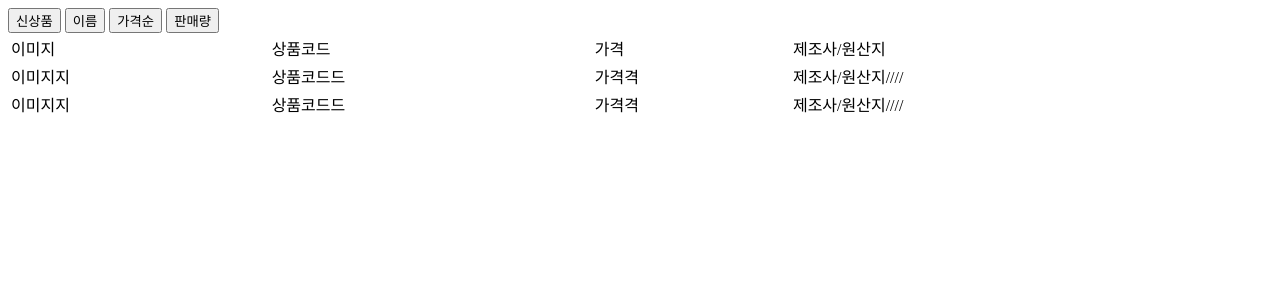
Repository: heeya90/ProjectShoppingMall
Page: http://localhost/ProjectShoppingMall/goods/goods_list.jsp
These files come from the project's save history. The page is drawn as it stood at one moment and after the next save; the edit follows.
The browser window is 1280 px wide. The pictures show the whole page.
The page is served by Tomcat 9.

Above is the page before, as saved 2012-07-30 08:01:19.

### ProjectShoppingMall/WebContent/goods/goods_list.jsp
<%@ page language="java" contentType="text/html; charset=EUC-KR"
    pageEncoding="EUC-KR"%>

	<div class="div_right">
		<input type="button" value="신상품">
		<input type="button" value="이름">
		<input type="button" value="가격순">
		<input type="button" value="판매량">
	</div>

	<table class="jw_normal_table" style="width:100%" >
		<tr>
			<td class="jw_theader">이미지</td>
			<td class="jw_theader">상품코드</td>
			<td class="jw_theader">가격</td>
			<td class="jw_theader">제조사/원산지</td>
		</tr>

		<tr>
			<td class="jw_td_center">이미지지</td>
			<td class="jw_td_center">상품코드드</td>
			<td class="jw_td_center">가격격</td>
			<td class="jw_td_center">제조사/원산지////</td>
		</tr>
		<tr>
			<td class="jw_td_center">이미지지</td>
			<td class="jw_td_center">상품코드드</td>
			<td class="jw_td_center">가격격</td>
			<td class="jw_td_center">제조사/원산지////</td>
		</tr>
	</table>

After the next save:
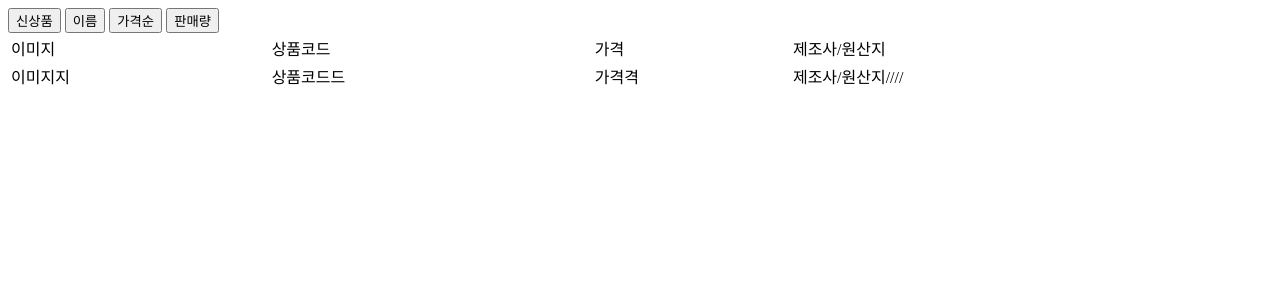
Saved 14 s later.
--- a/ProjectShoppingMall/WebContent/goods/goods_list.jsp
+++ b/ProjectShoppingMall/WebContent/goods/goods_list.jsp
@@ -22,10 +22,4 @@
 			<td class="jw_td_center">가격격</td>
 			<td class="jw_td_center">제조사/원산지////</td>
 		</tr>
-		<tr>
-			<td class="jw_td_center">이미지지</td>
-			<td class="jw_td_center">상품코드드</td>
-			<td class="jw_td_center">가격격</td>
-			<td class="jw_td_center">제조사/원산지////</td>
-		</tr>
 	</table>
